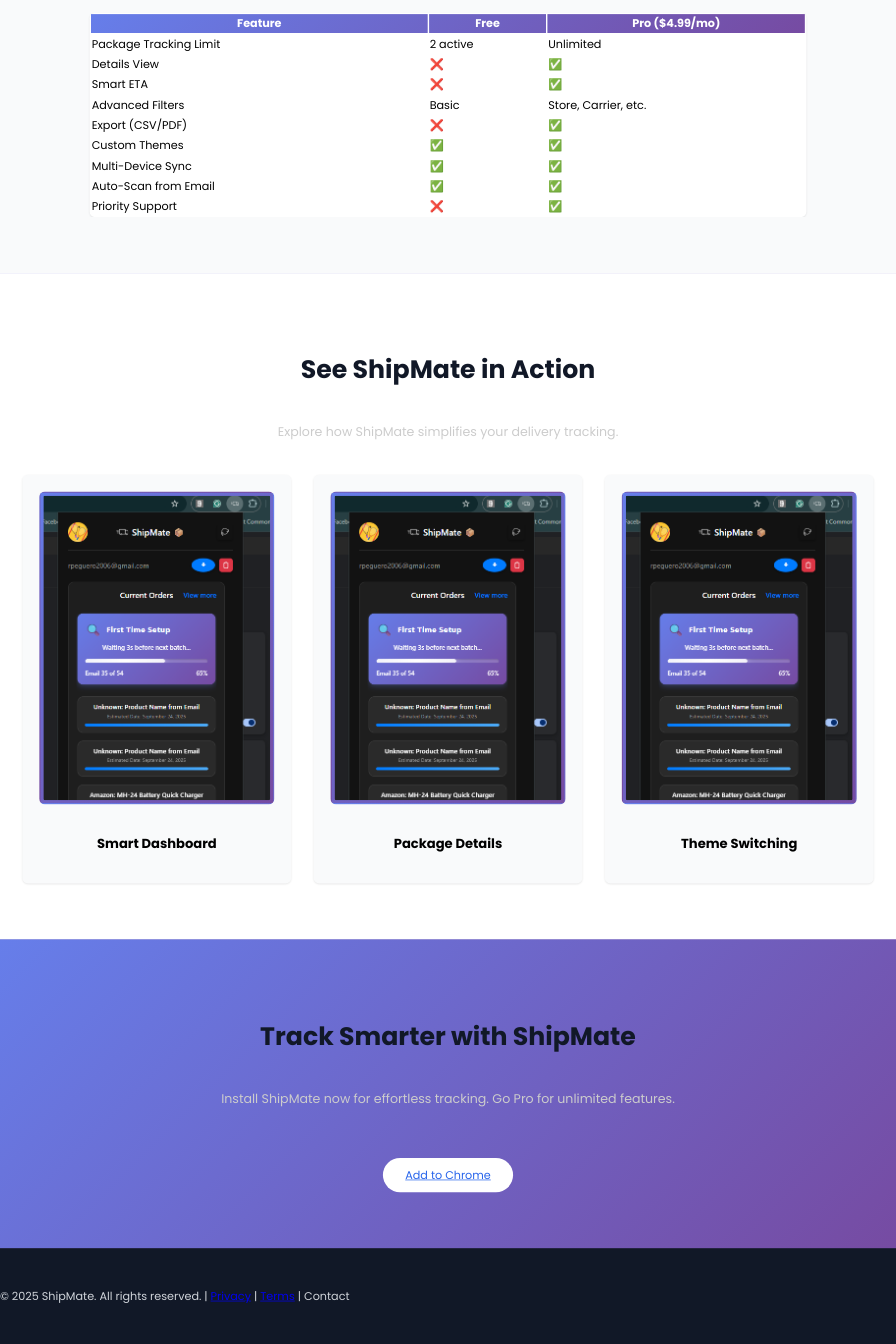
Repository: epeguero8311/shipmate-website
Page: index.html
These files come from the project's save history. The page is drawn as it stood at one moment and after the next save; the edit follows.
The browser window is 1280 px wide. The pictures show the part of the page from y = 1203 to 3123 px (the page is 3123 px tall), at 70% of full size.

Above is the page before, as saved 2025-10-26 19:50:59.

After the next save:
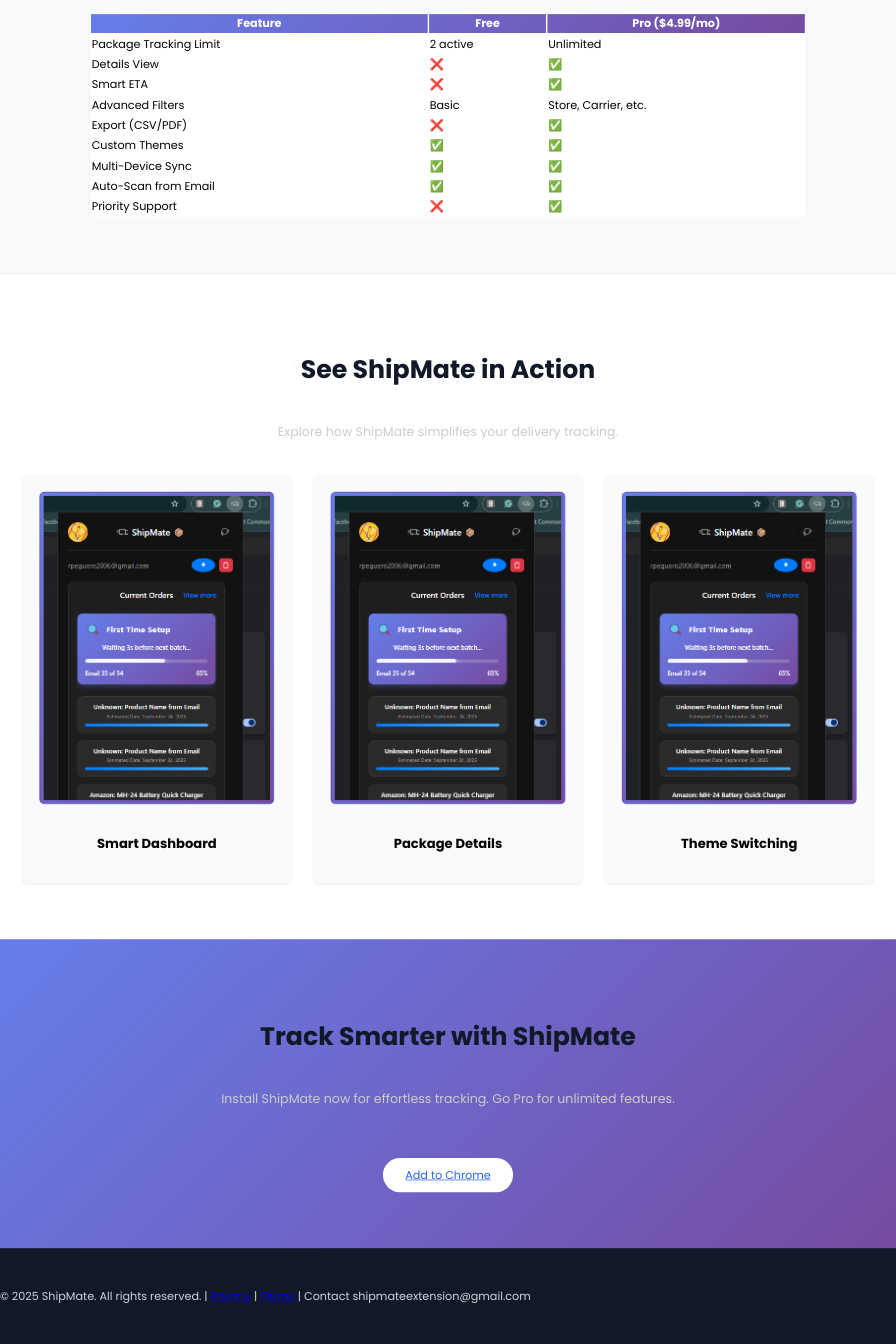
Saved 29 s later.
--- a/index.html
+++ b/index.html
@@ -90,7 +90,7 @@
   </section>
 
   <footer class="footer">
-    <p>&copy; 2025 ShipMate. All rights reserved. | <a href="privacy.html">Privacy</a> | <a href="terms.html">Terms</a> | Contact</p>
+    <p>&copy; 2025 ShipMate. All rights reserved. | <a href="privacy.html">Privacy</a> | <a href="terms.html">Terms</a> | Contact shipmateextension@gmail.com</p>
   </footer>
 </body>
 </html>
